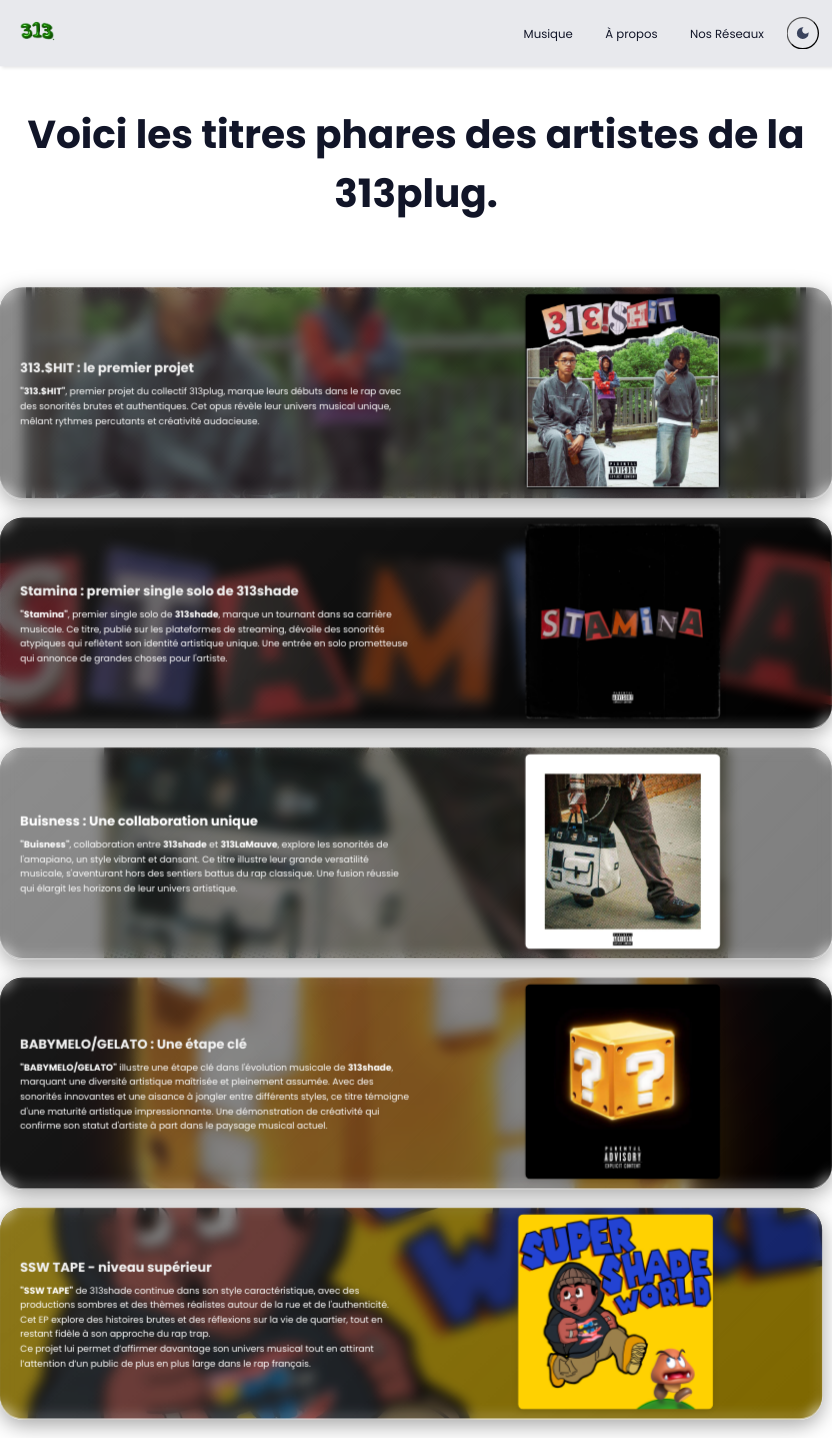
Repository: 313Kody/313plug-Site-Officiel
Page: musique.html
The author's editor kept a copy of each file at every save. The page is drawn from the files as they stood at one save, then again after the next save.
The browser window is 1280 px wide. The pictures show the whole page, at 65% of full size.
Some web fonts or font styles are not loaded; a fallback is used.

Above is the page before, as saved 2024-11-24 22:13:19.

After the next save:
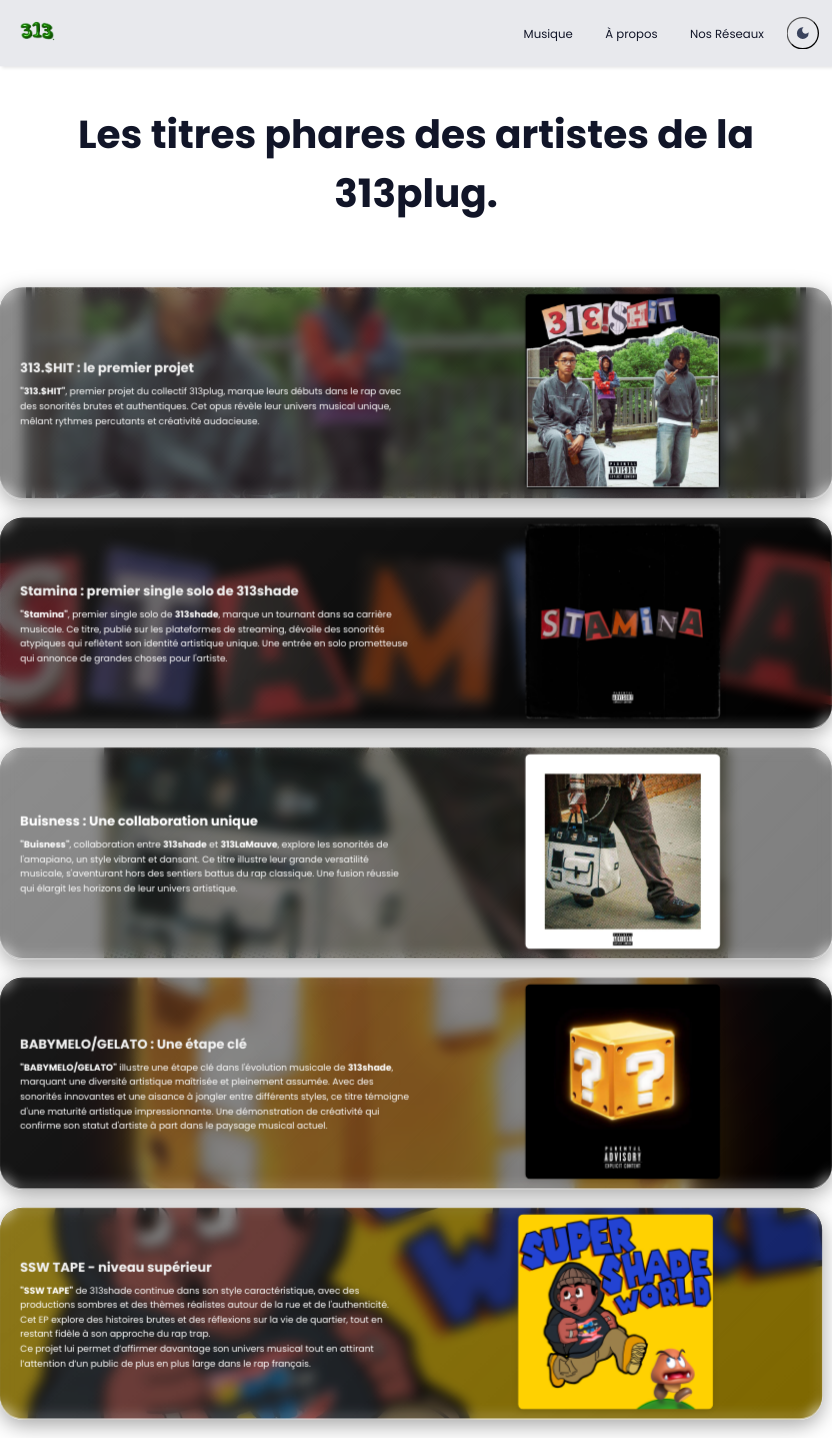
Saved 16 s later.
--- a/musique.html
+++ b/musique.html
@@ -71,7 +71,7 @@
 
    <section class="titre-musique">
       <div class="text-intro">
-         <h1>Voici les titres phares des artistes de la 313plug.</h1>
+         <h1>Les titres phares des artistes de la 313plug.</h1>
      </div>
       <!-- Premier projet 313.$HIT -->
       <div class="cover-container1">
